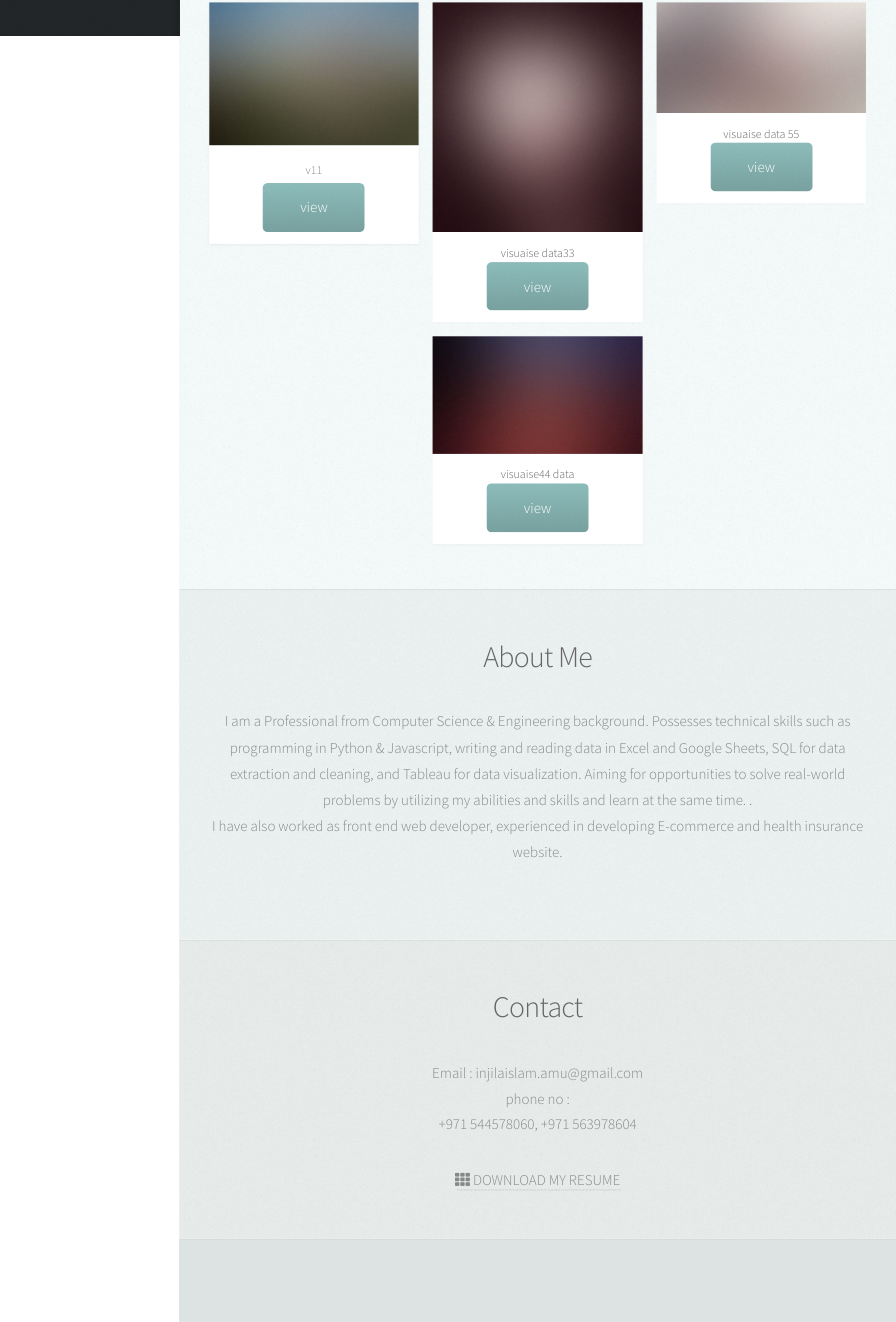
Repository: IslamInjila/new_portfolio
Page: index.html
These files come from the project's save history. The page is drawn as it stood at one moment and after the next save; the edit follows.
The browser window is 1280 px wide. The pictures show the part of the page from y = 669 to 2589 px (the page is 2557 px tall before and 2589 px after), at 70% of full size.

Above is the page before, as saved 2021-03-06 22:08:56.

After the next save:
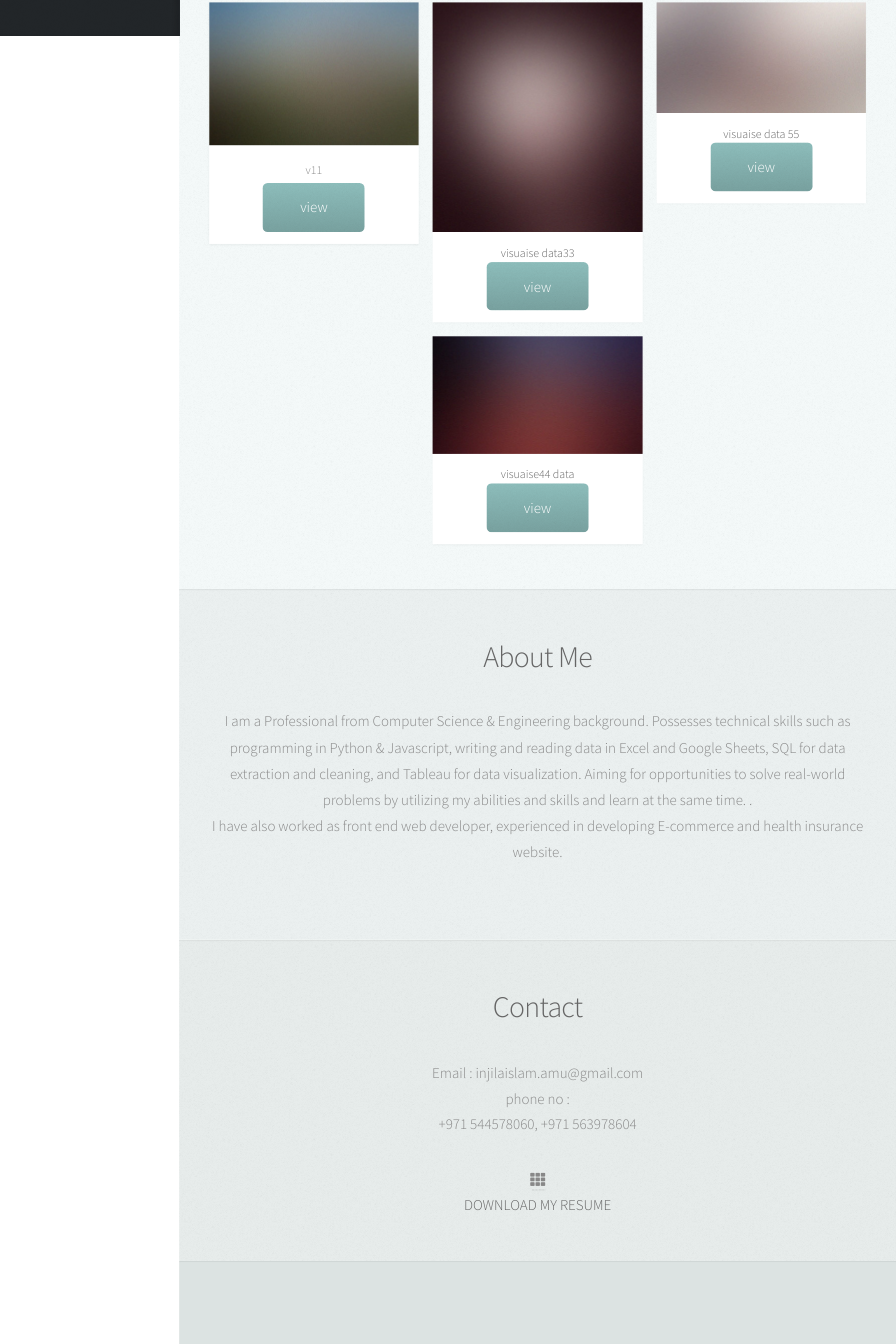
Saved 42 s later.
--- a/index.html
+++ b/index.html
@@ -194,7 +194,7 @@
 
 							<object data="YourFile.pdf"  type="application/x-pdf" title="SamplePdf"  >
 								<a href="images/resume.pdf" target="_blank" ><span class="icon solid fa-th"></span>
-									DOWNLOAD MY RESUME </span></a></li>
+									<H1>DOWNLOAD MY RESUME</H1> </span></a></li>
 							 </object>
 
 							<!-- <p>Elementum sem parturient nulla quam placerat viverra
